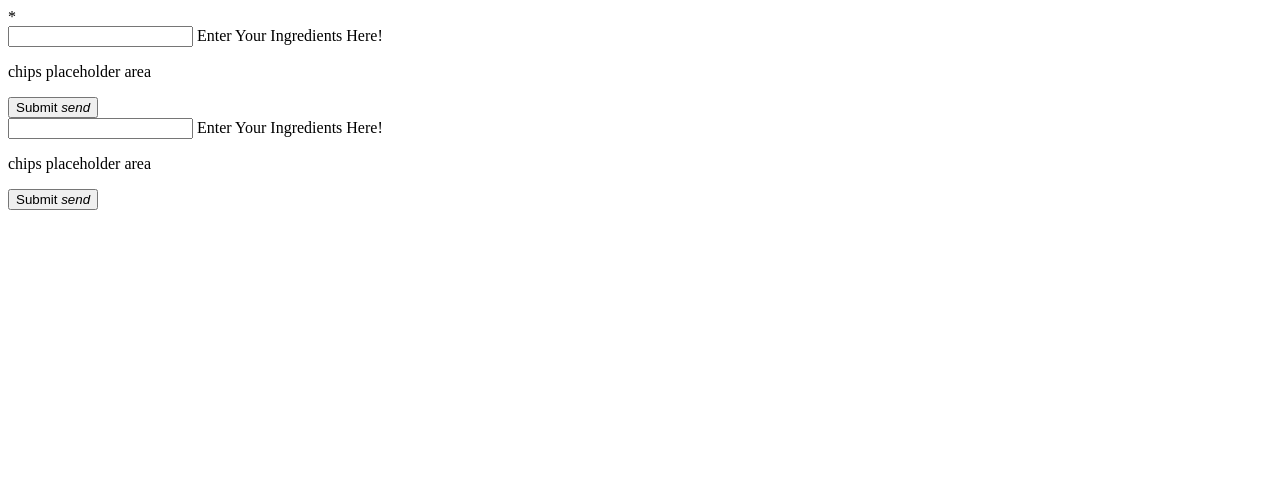
Repository: Aaron-R-Carter/Project1
Page: new.html
An editor plug-in stored every save of this project. The page is shown before and after a run of saves, followed by the edit.
The browser window is 1280 px wide. The pictures show the whole page.

Above is the page before, as saved 2019-11-01 17:34:01.

### new.html
<!DOCTYPE html>
<html lang="en">
<head>
    <meta charset="UTF-8">
    <meta name="viewport" content="width=device-width, initial-scale=1.0">
    <meta http-equiv="X-UA-Compatible" content="ie=edge">
    <title>Document</title>
</head>
<body>
    *<div class="container" id="main-forms-container">
        <div class="row" id="form-row">
            <div class="col s12" id="form-column">
                <div class="input-field col s12">
                    <!-- <i class="material-icons prefix">textsms</i> -->
                    <input type="text" id="autocomplete-input" class="autocomplete">
                    <label for="autocomplete-input">Enter Your Ingredients Here!</label>
                </div>
            </div>
        </div>
        <div class="row" id="chips-row">
            <div class="col s12" id="chips-column">
                <p>chips placeholder area</p>
            </div>
        </div>
    </div>

<button class="btn waves-effect waves-light" type="submit" name="action">Submit
    <i class="material-icons right">send</i>
  </button>

 <div class="container" id="main-forms-container">
        <div class="row" id="form-row">
            <div class="col s12" id="form-column">
                <div class="input-field col s12">
                    <!-- <i class="material-icons prefix">textsms</i> -->
                    <input type="text" id="autocomplete-input" class="autocomplete">
                    <label for="autocomplete-input">Enter Your Ingredients Here!</label>
                </div>
            </div>
        </div>
        <div class="row" id="chips-row">
            <div class="col s12" id="chips-column">
                <p>chips placeholder area</p>
            </div>
        </div>
        <div class="row" id="submit-row">
            <div class="col s12" id="submit-column">
                <button class="btn waves-effect waves-light" type="submit" name="action">Submit
                    <i class="material-icons right">send</i>
                </button>
            </div>
        </div>
    </div>
</body>
</html>

### prototype.css
#form-page {
    width: 100%;
}

.label {
    font-size: 15px;
}

After the next 2 saves:
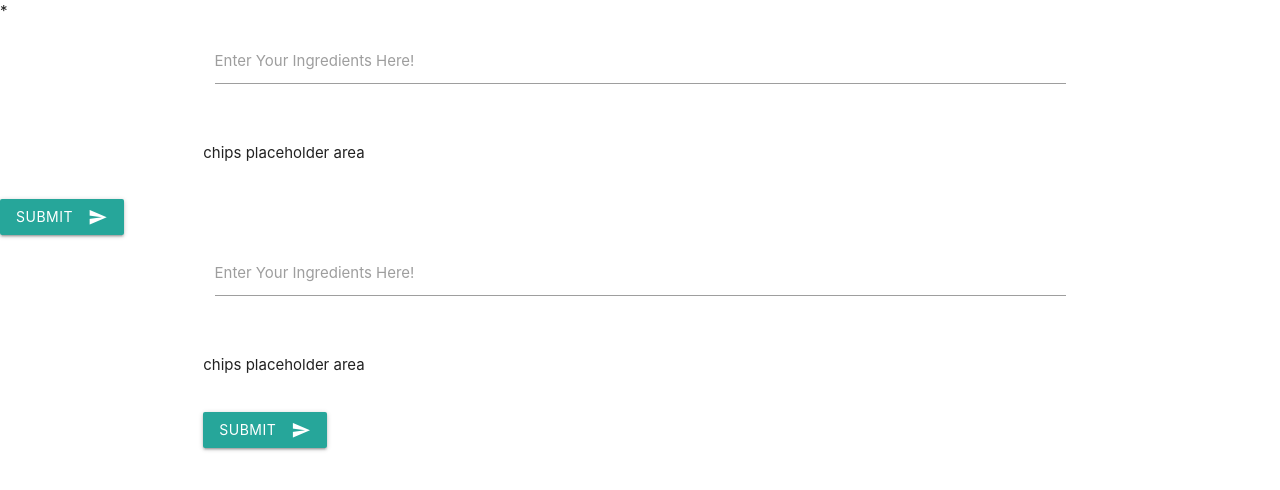
The 2 saves are shown as one change because they came seconds apart.
The last was saved 12 min 10 s later.
--- a/new.html
+++ b/new.html
@@ -1,11 +1,17 @@
 <!DOCTYPE html>
-<html lang="en">
+<html>
+
 <head>
-    <meta charset="UTF-8">
-    <meta name="viewport" content="width=device-width, initial-scale=1.0">
-    <meta http-equiv="X-UA-Compatible" content="ie=edge">
-    <title>Document</title>
+    <!--Import Google Icon Font-->
+    <link href="https://fonts.googleapis.com/icon?family=Material+Icons" rel="stylesheet">
+    <!--Import materialize.css-->
+    <link rel="stylesheet" href="https://cdnjs.cloudflare.com/ajax/libs/materialize/1.0.0/css/materialize.min.css">
+    <link rel="stylesheet" href="./prototype.css">
+    <!--Let browser know website is optimized for mobile-->
+    <meta name="viewport" content="width=device-width, initial-scale=1.0" />
+
 </head>
+
 <body>
     *<div class="container" id="main-forms-container">
         <div class="row" id="form-row">
